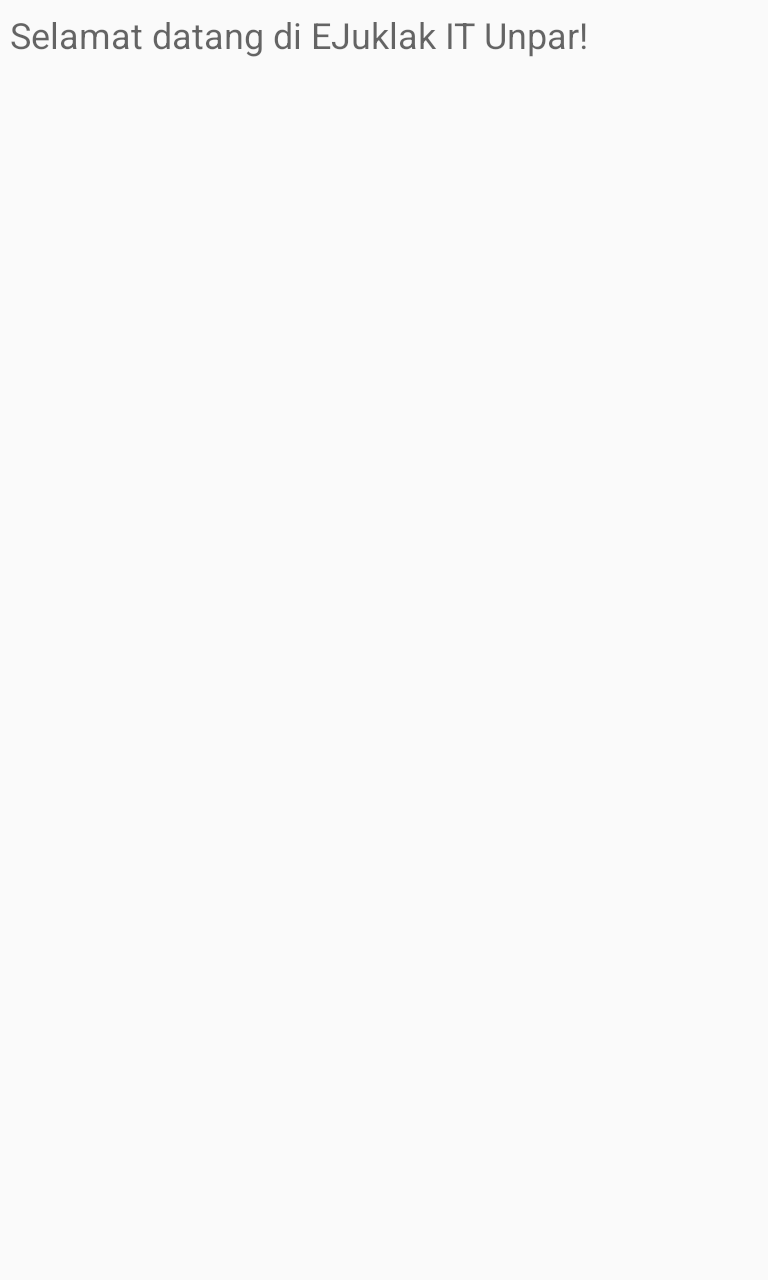
Repository: astridsoraya/eJuklak
Layout: eJuklakApp/EJuklakApp/res/layout/activity_main.xml
The author's editor kept a copy of each file at every save. The layout is drawn from the files as they stood at one save, then again after the next save.
It is drawn on a 768 x 1280 px phone screen (xhdpi) without system bars, with theme CustomActionBarTheme; the app's code is not run.

Above is the layout before, as saved 2015-02-22 14:01:34.

After the next save:
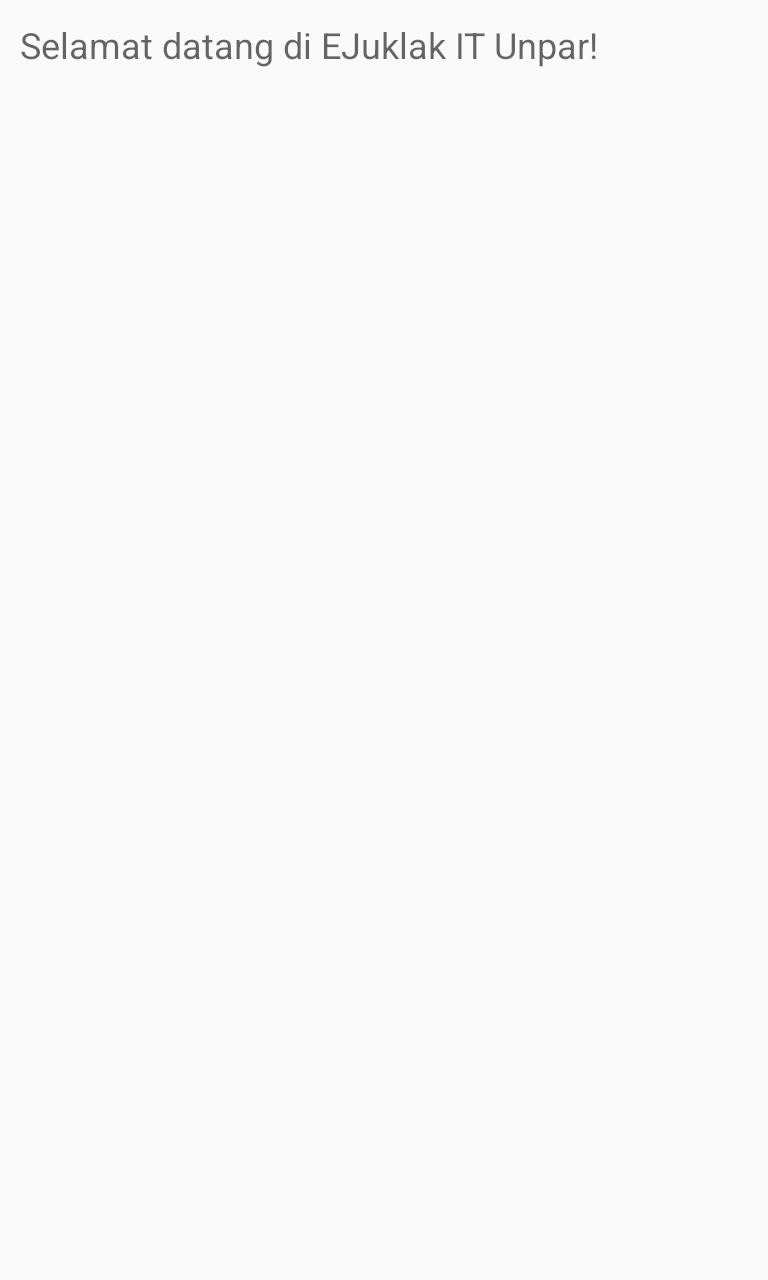
Saved 8 s later.
--- a/eJuklakApp/EJuklakApp/res/layout/activity_main.xml
+++ b/eJuklakApp/EJuklakApp/res/layout/activity_main.xml
@@ -22,7 +22,7 @@
             android:layout_height="wrap_content"
             android:text="@string/banner"
             android:textAppearance="?android:attr/textAppearanceMedium"
-            android:padding="5dp"/>
+            android:padding="10dp"/>
 
     </FrameLayout>
 
